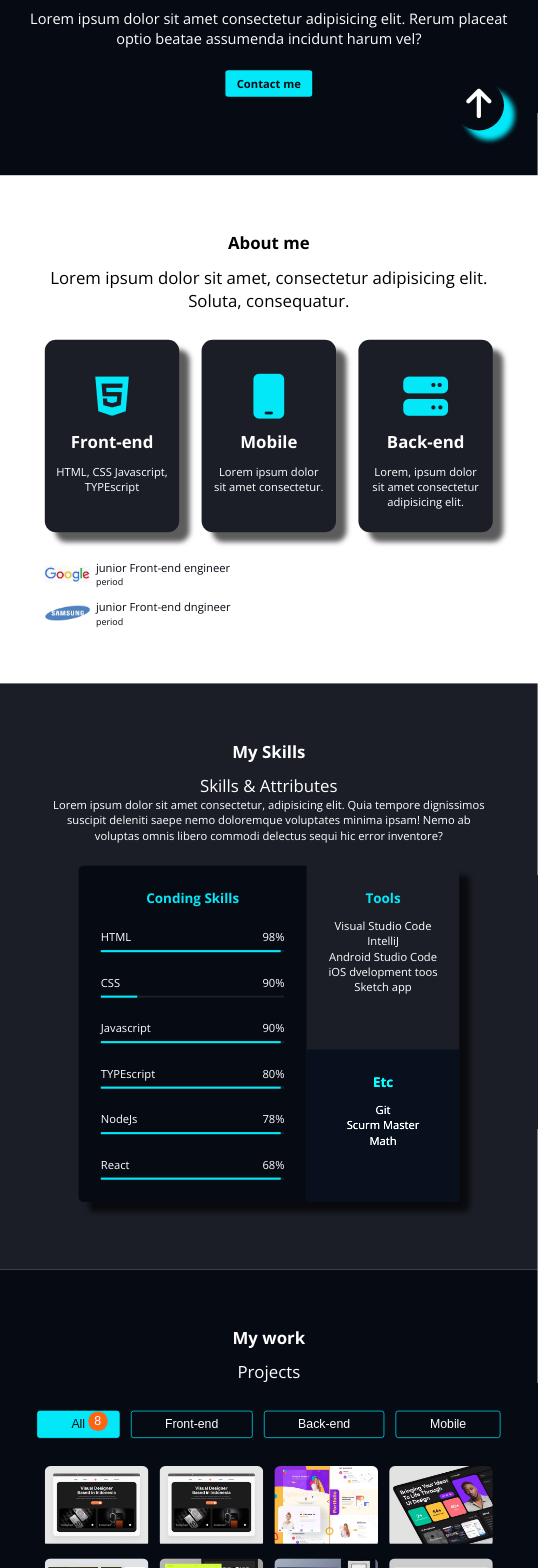
Repository: Arden-Sol/portfolio-website-clone-coding
Page: index.html
The author's editor kept a copy of each file at every save. The page is drawn from the files as they stood at one save, then again after the next save.
The browser window is 768 px wide. The pictures show the part of the page from y = 566 to 2806 px (the page is 4217 px tall), at 70% of full size.
Some web libraries are served in a nearby version.

Above is the page before, as saved 2024-03-27 02:23:23.

After the next save:
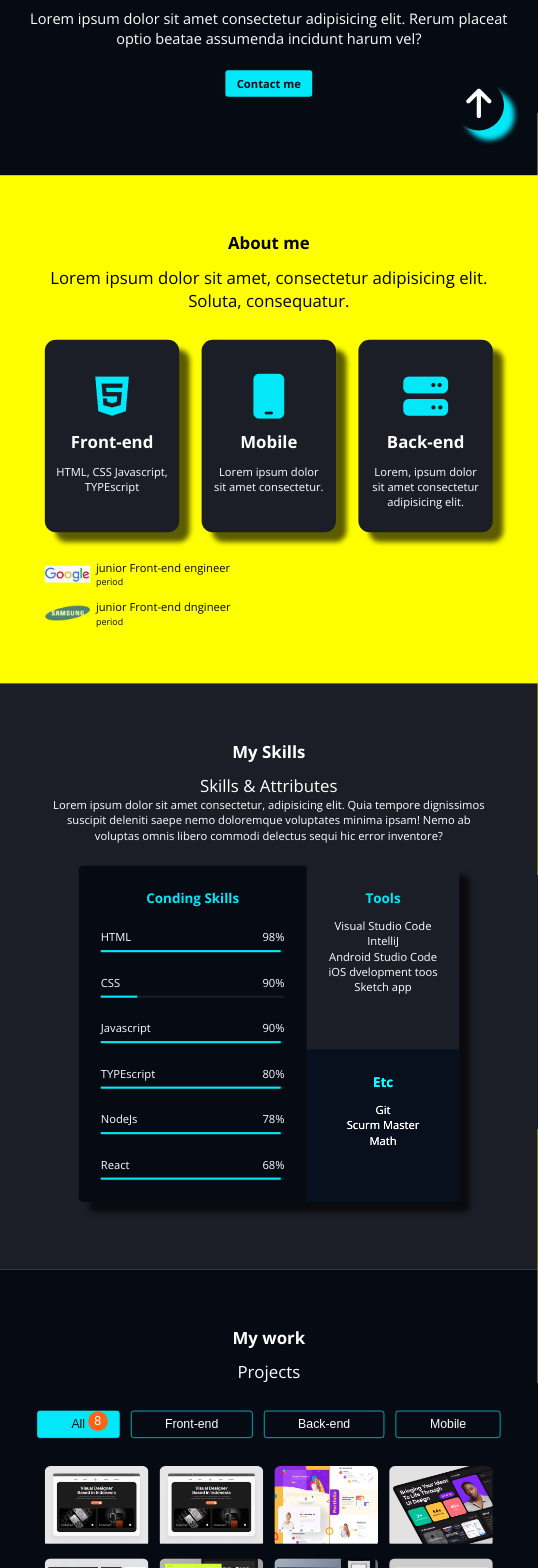
Saved 49 s later.
--- a/css/style.css
+++ b/css/style.css
@@ -402,7 +402,7 @@
   color: var(--color-accent);
 }
 
-@media screen and(max-width: 768px){
+@media screen and (max-width: 768px){
   body {
     background-color: yellow;
   }
